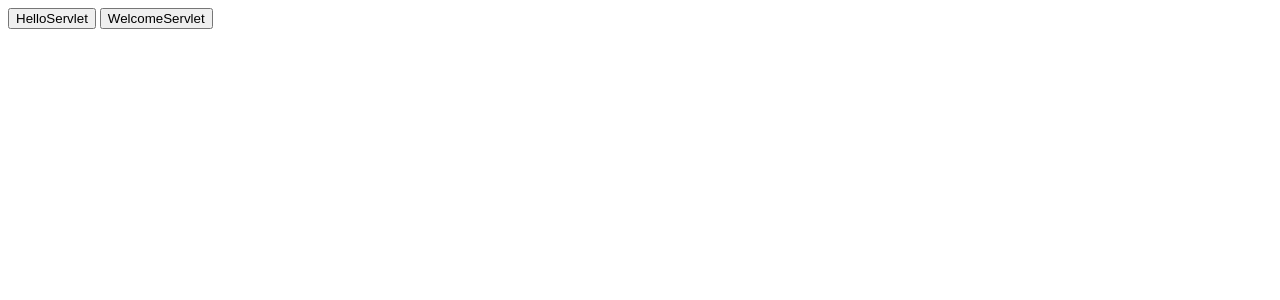
Repository: motoyama0/test
Page: http://localhost/HelloServlet/
The author's editor kept a copy of each file at every save. The page is drawn from the files as they stood at one save, then again after the next save.
The browser window is 1280 px wide. The pictures show the whole page.
The page is served by Tomcat 9.

Above is the page before, as saved 2018-09-28 10:27:01.

After the next save:
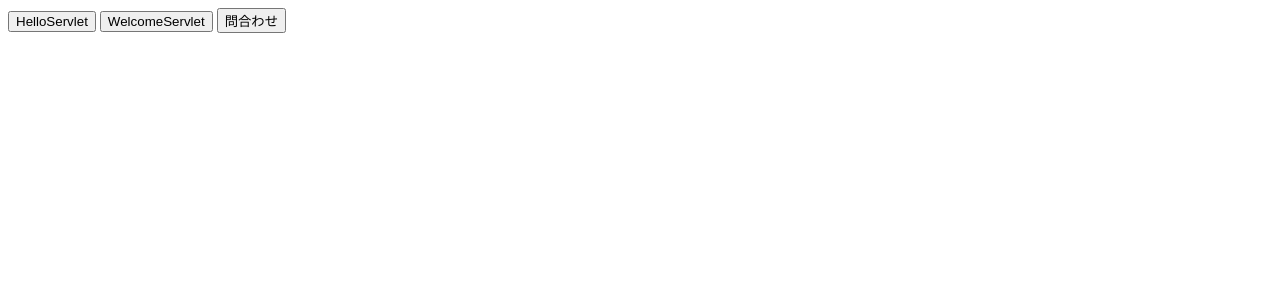
Saved 2 min 52 s later.
--- a/HelloServlet/WebContent/index.jsp
+++ b/HelloServlet/WebContent/index.jsp
@@ -9,5 +9,6 @@
 <body>
 <input type="button" value="HelloServlet" onClick="location.href='HelloServlet'">
 <input type="button" value="WelcomeServlet" onClick="location.href='welnome.jsp'">
+<input type="button" value="問合わせ" onClick="location.href='inquiry.jsp'">
 </body>
 </html>
